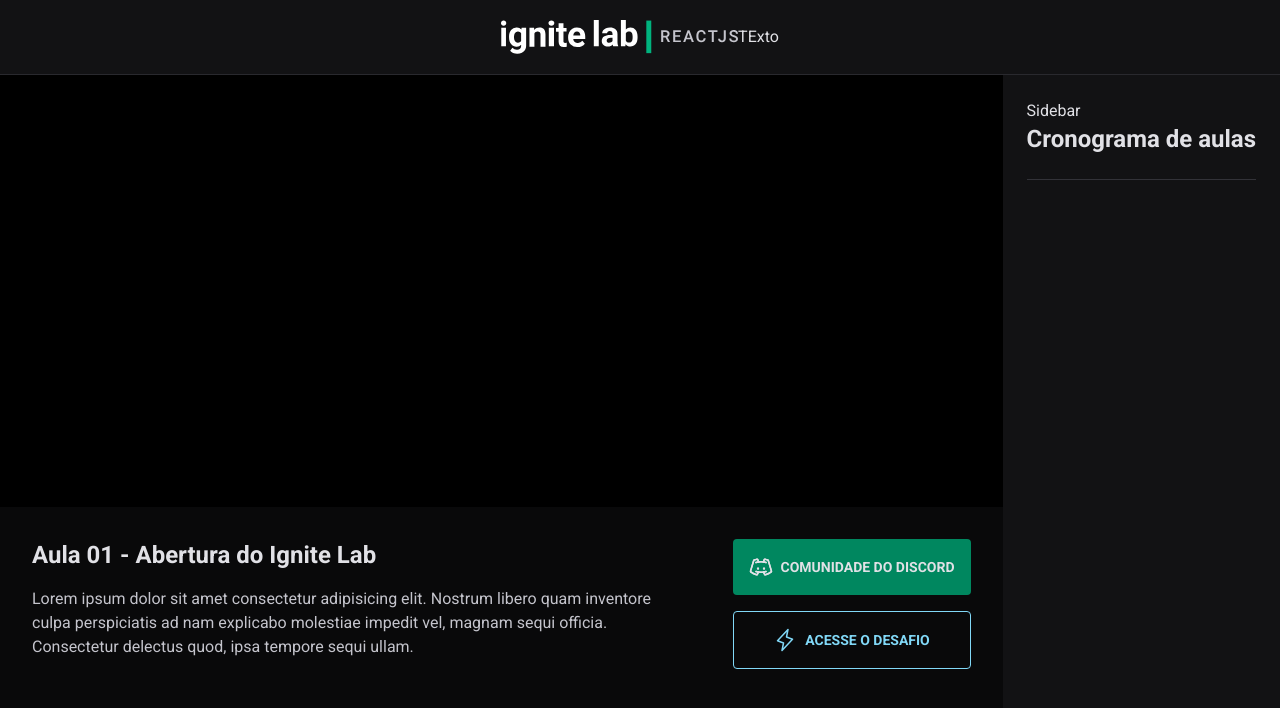
Repository: weltergab/Event_Plataform-IgniteLab
Page: /
An editor plug-in stored every save of this project. The page is shown before and after the next save, followed by the edit.
The browser window is 1280 px wide. The pictures show the whole page.
The page's requests for data from a server got no answer. The project was rebuilt for these pictures with package versions that can differ from the ones it lists, and the page was loaded fresh each time. No one was signed in, and anything a server would have sent is missing. Also part of the build but not shown: vite.config.ts, src/components/Lesson.tsx.

Above is the page before, as saved 2022-06-25 20:22:47.

After the next save:
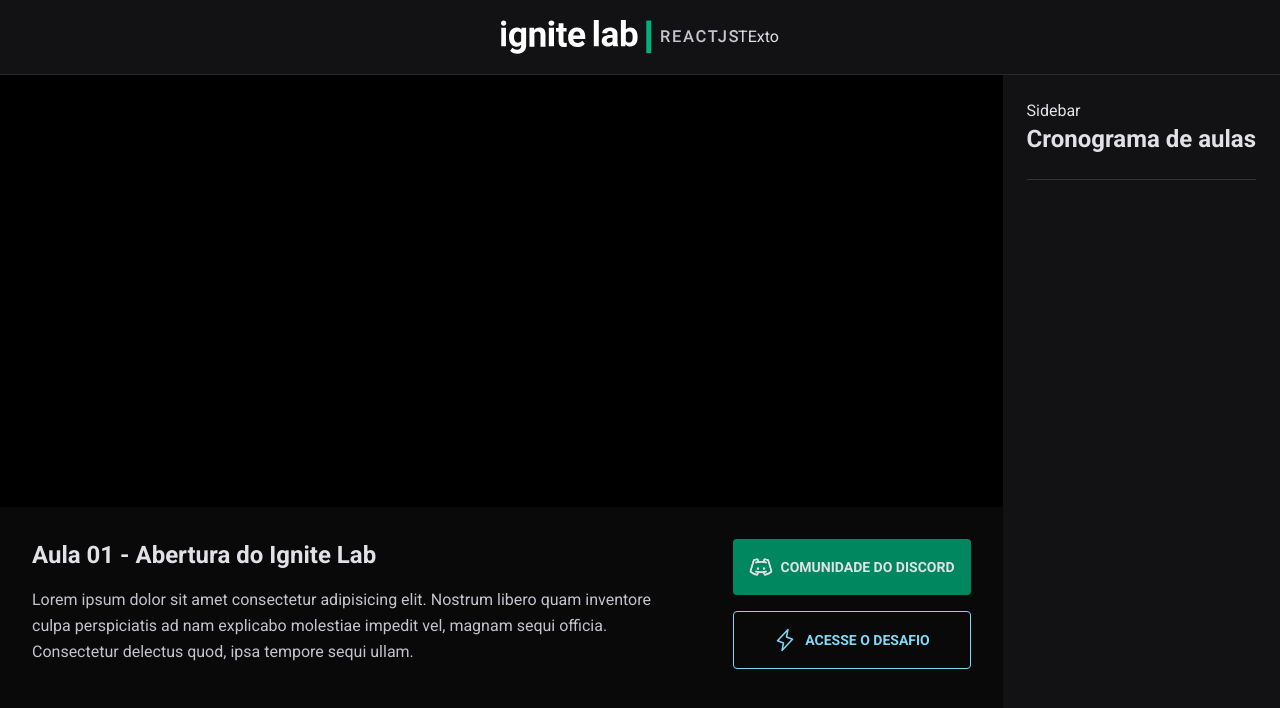
Saved 4 min 8 s later.
--- a/src/components/Video.tsx
+++ b/src/components/Video.tsx
@@ -12,7 +12,7 @@
                         <h1 className="text-2xl font-bold">
                             Aula 01 - Abertura do Ignite Lab
                         </h1>
-                        <p className="mt-4 text-gray-200">
+                        <p className="mt-4 text-gray-200 leading-relaxed">
                             Lorem ipsum dolor sit amet consectetur adipisicing elit. Nostrum libero quam inventore culpa perspiciatis ad nam explicabo molestiae impedit vel, magnam sequi officia. Consectetur delectus quod, ipsa tempore sequi ullam.
                         </p>
                     </div>
